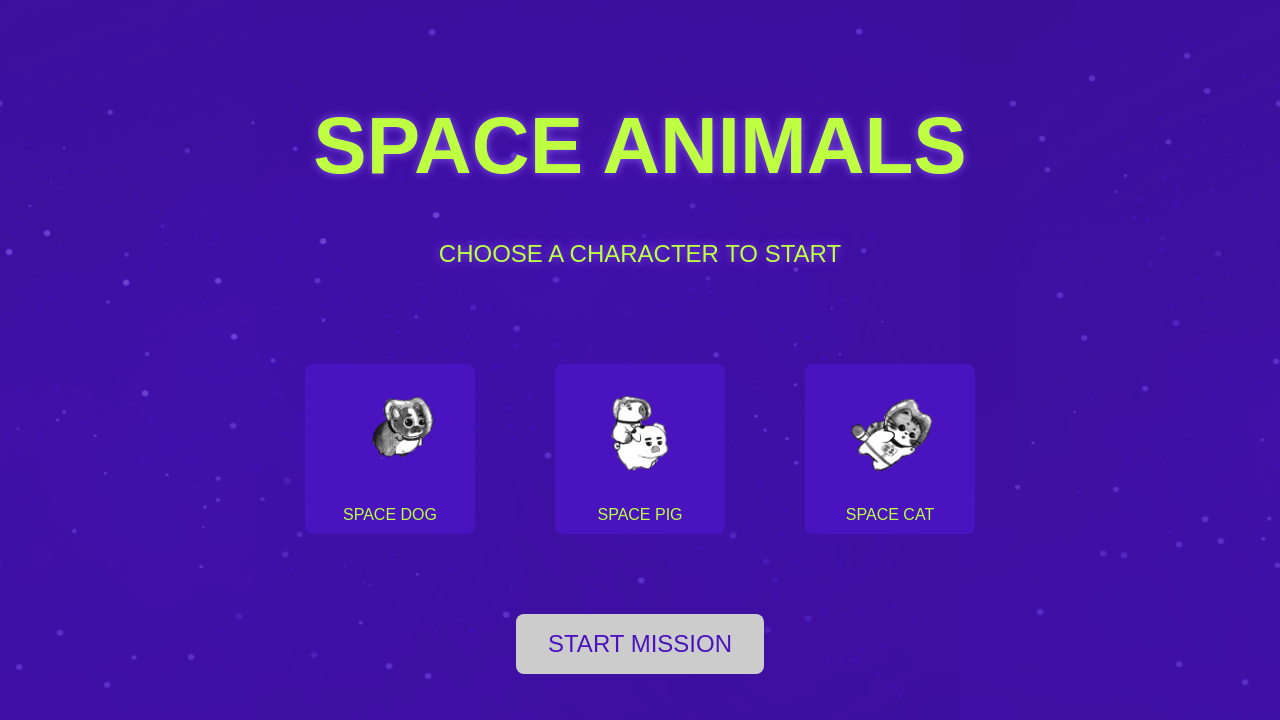
Repository: brunaguarizo/SpaceFarm
Page: index.html
These files come from the project's save history. The page is drawn as it stood at one moment and after the next save; the edit follows.
The browser window is 1280 px wide. The pictures show the whole page.
Some web fonts or font styles are not loaded; a fallback is used.

Above is the page before, as saved 2025-04-24 15:55:16.

### index.html
<!DOCTYPE html>
<html lang="en">
    <head>
        <meta charset="UTF-8" />
        <meta
            name="viewport"
            content="width=device-width, initial-scale=1.0" />
        <title>Space Adventure</title>
        <link
            rel="stylesheet"
            href="styles.css" />

        <link
            rel="preconnect"
            href="https://fonts.googleapis.com" />
        <link
            rel="preconnect"
            href="https://fonts.gstatic.com"
            crossorigin />
        <link
            href="https://fonts.googleapis.com/css2?family=Ranchers&display=swap"
            rel="stylesheet" />
    </head>
    <body>
        <div id="game-container">
            <div class="scrolling-background"></div>
            <!-- Character Selection Screen -->
            <div id="character-select">
                <h1>SPACE ANIMALS</h1>
                <div class="text">CHOOSE A CHARACTER TO START</div>
                <div class="character-options">
                    <div
                        class="character-option"
                        data-character="astronaut">
                        <div class="character-img">
                            <img
                                src="img/dog.png"
                                alt="Space Dog" />
                        </div>
                        <div class="character-label">SPACE DOG</div>
                    </div>
                    <div
                        class="character-option"
                        data-character="alien">
                        <div class="character-img">
                            <img
                                src="img/pig.png"
                                alt="Space Pig" />
                        </div>
                        <div class="character-label">SPACE PIG</div>
                    </div>
                    <div
                        class="character-option"
                        data-character="robot">
                        <div class="character-img">
                            <img
                                src="img/cat.png"
                                alt="Space Cat" />
                        </div>
                        <div class="character-label">SPACE CAT</div>
                    </div>
                </div>
                <button
                    id="confirm-btn"
                    disabled>
                    START MISSION
                </button>
            </div>

            <!-- Game Screen -->
            <div id="game-screen">
                <div id="player"></div>
                <div id="score-container">
                    <div id="score">SCORE: 0</div>
                    <button id="pause-btn">PAUSE</button>
                </div>
            </div>

            <!-- Pause Screen -->
            <div id="pause-screen">
                <h2>GAME PAUSED</h2>
                <button id="resume-btn">RESUME</button>
            </div>

            <!-- Game Over Screen -->
            <div id="game-over">
                <h2>GAME OVER</h2>
                <div id="final-score">SCORE: 0</div>
                <button id="restart-btn">PLAY AGAIN</button>
            </div>
        </div>

        <script src="script.js"></script>
    </body>
</html>

### styles.css
body {
    margin: 0;
    padding: 0;
    overflow: hidden;
    font-family: var(--font-family);
    background-color: var(--mid-green);
}

#game-container {
    position: relative;
    width: 100vw;
    height: 100vh;
    overflow: hidden;
}

.scrolling-background {
    position: absolute;
    top: 0;
    left: 0;
    width: 200vw; /* Double the viewport width */
    height: 100vh;
    background-image: url("img/space-bg.jpg");
    background-size: 100vw 100vh; /* Each image takes up exactly one viewport */
    background-repeat: repeat-x;
    animation: scrollBackground 20s linear infinite;
}

@keyframes scrollBackground {
    from {
        transform: translateX(0);
    }
    to {
        transform: translateX(-100vw); /* Move left by one viewport width */
    }
}

/* Make sure game elements stay on top of the scrolling background */
#character-select,
#game-screen,
#pause-screen,
#game-over {
    position: relative;
    z-index: 1;
}

/* ------------------------- Character Selection Screen ------------------------- */
#character-select {
    position: absolute;
    width: 100%;
    height: 100%;
    display: flex;
    flex-direction: column;
    justify-content: center;
    align-items: center;
    z-index: 10;
    background-color: rgba(
        73,
        19,
        191,
        0.8
    ); /* Using dark-purple with opacity */
}

#character-select h1 {
    color: var(--light-green);
    font-size: var(--header);
    margin-bottom: var(--space-large);
    text-shadow: 0 0 10px var(--mid-purple);
    text-align: center;
}

.text {
    color: var(--light-green);
    font-size: var(--text);
    text-shadow: 0 0 10px var(--mid-purple);
    text-align: center;
    margin-bottom: var(--space-large);
}

.character-options {
    display: flex;
    gap: var(--space-extra-large);
    margin-top: var(--space-large);
    margin-bottom: var(--space-extra-large);
}

.character-option {
    width: 150px;
    height: 150px;
    background-color: var(--dark-purple);
    border-radius: var(--space-small);
    display: flex;
    flex-direction: column;
    align-items: center;
    justify-content: center;
    cursor: pointer;
    transition: transform 0.3s, box-shadow 0.3s;
    padding: var(--space-small);
    border: 2px solid transparent;
    gap: var(--space-small);
}

.character-option:hover {
    transform: scale(1.05);
    box-shadow: 0 0 15px var(--light-purple);
}

.character-option.selected {
    border-color: var(--light-green);
    box-shadow: 0 0 20px var(--light-green);
}

.character-img {
    width: 100%;
    height: 100%;
    display: block;
}

.character-img img {
    width: 100%;
    height: 100%;
    object-fit: contain;
}

.character-label {
    color: var(--light-green);
    font-size: 16px;
    text-align: center;
    text-transform: uppercase;
}

#confirm-btn {
    padding: var(--space-regular) var(--space-medium);
    background-color: var(--light-green);
    color: var(--dark-purple);
    border: none;
    border-radius: var(--space-small);
    font-size: var(--text);
    font-family: var(--font-family);
    cursor: pointer;
    transition: background-color 0.3s;
    text-transform: uppercase;
}

#confirm-btn:hover {
    background-color: var(--mid-green);
}

#confirm-btn:disabled {
    background-color: #cccccc;
    cursor: not-allowed;
}

/* ------------------------- Game Screen -------------------------*/
#game-screen {
    display: none;
    position: absolute;
    width: 100%;
    height: 100%;
    z-index: 5;
}

#player {
    position: absolute;
    width: 250px;
    height: 250px;
    left: var(--space-extra-large);
    top: 50%;
    transform: translateY(-50%);
    line-height: 1;
    z-index: 5;
}

#player img {
    width: 100%;
    height: 100%;
    object-fit: contain;
}

.asteroid {
    position: absolute;
    width: 100px;
    height: 100px;
    border-radius: 50%;
    overflow: hidden;
    box-shadow: 0 0 15px var(--light-purple);
}

.asteroid img {
    width: 100%;
    height: 100%;
    object-fit: cover;
}

#score-container {
    position: absolute;
    top: var(--space-regular);
    right: var(--space-regular);
    display: flex;
    align-items: center;
    gap: var(--space-regular);
    z-index: 5;
}

#score {
    color: var(--light-green);
    font-size: var(--text);
    font-weight: bold;
    background-color: var(--dark-purple);
    padding: var(--space-small) var(--space-regular);
    border-radius: var(--space-small);
    border: 2px solid var(--light-green);
    text-transform: uppercase;
}

#pause-btn {
    background-color: var(--dark-purple);
    color: var(--light-green);
    border: 2px solid var(--light-green);
    border-radius: var(--space-small);
    font-size: var(--text);
    font-family: var(--font-family);
    padding: var(--space-small) var(--space-regular);
    cursor: pointer;
    transition: all 0.3s;
    text-transform: uppercase;
}

#pause-btn:hover {
    background-color: var(--mid-purple);
    box-shadow: 0 0 10px var(--light-purple);
}

/* ------------------------- Game Over Screen ------------------------- */
#game-over {
    display: none;
    position: absolute;
    top: 0;
    left: 0;
    width: 100%;
    height: 100%;
    background-color: rgba(
        73,
        19,
        191,
        0.8
    ); /* Using dark-purple with opacity */
    z-index: 15;
    flex-direction: column;
    justify-content: center;
    align-items: center;
}

#game-over h2 {
    color: var(--light-pink);
    font-size: var(--header);
    margin-bottom: var(--space-regular);
    text-shadow: 0 0 10px var(--mid-pink);
}

#final-score {
    color: var(--light-green);
    font-size: var(--text);
    margin-bottom: var(--space-extra-large);
}

#restart-btn {
    padding: var(--space-regular) var(--space-medium);
    background-color: var(--light-green);
    color: var(--dark-purple);
    border: none;
    border-radius: var(--space-small);
    font-size: var(--text);
    font-family: var(--font-family);
    cursor: pointer;
    transition: background-color 0.3s;
}

#restart-btn:hover {
    background-color: var(--mid-green);
}

/* Utility Classes */
.invisible {
    opacity: 0;
}

/* Pause Screen */
#pause-screen {
    display: none;
    position: absolute;
    top: 0;
    left: 0;
    width: 100%;
    height: 100%;
    background-color: rgba(
        73,
        19,
        191,
        0.8
    ); /* Using dark-purple with opacity */
    z-index: 12;
    flex-direction: column;
    justify-content: center;
    align-items: center;
    color: var(--light-green);
}

#pause-screen h2 {
    font-size: var(--header);
    margin-bottom: var(--space-extra-large);
}

#resume-btn {
    padding: var(--space-regular) var(--space-medium);
    background-color: var(--light-green);
    color: var(--dark-purple);
    border: none;
    border-radius: var(--space-small);
    font-size: var(--text);
    font-family: var(--font-family);
    cursor: pointer;
    transition: background-color 0.3s;
}

#resume-btn:hover {
    background-color: var(--mid-green);
}

/* --------------------------- variables  --------------------------- */
:root {
    --font-family: "Ranchers", sans-serif;
    --header: 80px;
    --text: 24px;

    --light-green: #bfff41;
    --mid-green: #a3de1a;
    --dark-green: #46b800;
    --light-pink: #ffc2ec;
    --mid-pink: #f0429c;
    --dark-pink: #910b64;
    --light-purple: #dcccff;
    --mid-purple: #8655ef;
    --dark-purple: #4913bf;

    --space-extra-small: 4px;
    --space-small: 8px;
    --space-regular: 16px;
    --space-medium: 32px;
    --space-large: 48px;
    --space-extra-large: 80px;
    --space-huge: 160px;
}

### script.js
// Game variables
let selectedCharacter = "";
let score = 0;
let playerElement;
let gameRunning = false;
let isPaused = false;
let playerY;
let asteroids = [];
let gameLoopInterval;
let asteroidInterval;
let gameHeight;
let gameWidth;

// Character image mapping - using the exact filenames from the img folder
const characterImages = {
    astronaut: "img/dog.png",
    alien: "img/pig.png",
    robot: "img/cat.png",
};

// Planet image options - using the exact filenames from the img folder
const planetImages = [
    "img/planet1.png",
    "img/planet2.png",
    "img/planet3.png",
    "img/planet4.png",
    "img/planet5.png",
    "img/planet6.png",
];

// DOM elements
const characterOptions = document.querySelectorAll(".character-option");
const confirmBtn = document.getElementById("confirm-btn");
const characterSelectScreen = document.getElementById("character-select");
const gameScreen = document.getElementById("game-screen");
const pauseBtn = document.getElementById("pause-btn");
const pauseScreen = document.getElementById("pause-screen");
const resumeBtn = document.getElementById("resume-btn");
const gameOverScreen = document.getElementById("game-over");
const finalScoreDisplay = document.getElementById("final-score");
const restartBtn = document.getElementById("restart-btn");
const scoreDisplay = document.getElementById("score");

// Initialize the game
function init() {
    console.log("Game initializing...");

    // Character selection event listeners
    characterOptions.forEach((option) => {
        option.addEventListener("click", () => {
            console.log("Character option clicked:", option.dataset.character);
            // Remove selected class from all options
            characterOptions.forEach((opt) => opt.classList.remove("selected"));
            // Add selected class to clicked option
            option.classList.add("selected");
            // Store selected character
            selectedCharacter = option.dataset.character;
            // Enable confirm button
            confirmBtn.disabled = false;
            console.log("Selected character:", selectedCharacter);
        });
    });

    // Confirm button event listener
    confirmBtn.addEventListener("click", () => {
        console.log("Start button clicked, starting game...");
        startGame();
    });

    // Pause button event listener
    pauseBtn.addEventListener("click", togglePause);

    // Resume button event listener
    resumeBtn.addEventListener("click", togglePause);

    // Restart button event listener
    restartBtn.addEventListener("click", restartGame);

    // Keyboard event listeners
    document.addEventListener("keydown", handleKeyPress);

    console.log("Game initialized successfully");
}

// Start the game
function startGame() {
    console.log("Starting game with character:", selectedCharacter);

    if (!selectedCharacter) {
        console.error("No character selected!");
        return;
    }

    // Hide character selection screen
    characterSelectScreen.style.display = "none";
    // Show game screen
    gameScreen.style.display = "block";

    // Set up player
    playerElement = document.getElementById("player");
    if (!playerElement) {
        console.error("Player element not found!");
        return;
    }

    const playerImagePath = characterImages[selectedCharacter];
    console.log("Loading player image:", playerImagePath);

    // Create image element with error handling
    const playerImg = document.createElement("img");
    playerImg.src = playerImagePath;
    playerImg.alt = "Player";
    playerImg.onerror = function () {
        console.error("Error loading player image:", playerImagePath);
        // Fallback to text if image fails to load
        playerElement.innerHTML = "Player";
    };
    playerElement.innerHTML = "";
    playerElement.appendChild(playerImg);

    // Initialize variables
    gameHeight = window.innerHeight;
    gameWidth = window.innerWidth;
    score = 0;
    updateScore();
    playerY = gameHeight / 2;
    gameRunning = true;
    isPaused = false;
    asteroids = [];

    // Position player
    updatePlayerPosition();

    // Start game loop
    gameLoopInterval = setInterval(gameLoop, 16); // ~60fps

    // Start spawning planets
    spawnPlanet(); // Spawn first planet immediately
    asteroidInterval = setInterval(spawnPlanet, 1500); // Then every 1.5 seconds

    console.log("Game started successfully");
}

// Game loop
function gameLoop() {
    if (!gameRunning || isPaused) return;

    // Move planets
    movePlanets();

    // Check collisions
    checkCollisions();
}

// Handle keyboard input
function handleKeyPress(e) {
    if (!gameRunning || isPaused) return;

    const moveDistance = 60; // Increased for even faster movement

    if (e.key === "ArrowUp" || e.key === "w") {
        // Move up
        playerY = Math.max(125, playerY - moveDistance);
        updatePlayerPosition();
    } else if (e.key === "ArrowDown" || e.key === "s") {
        // Move down
        playerY = Math.min(gameHeight - 125, playerY + moveDistance);
        updatePlayerPosition();
    }
}

// Update player position on screen
function updatePlayerPosition() {
    playerElement.style.top = `${playerY}px`;
}

// Spawn a new planet
function spawnPlanet() {
    if (!gameRunning || isPaused) return;

    // Create planet element
    const planet = document.createElement("div");
    planet.classList.add("asteroid"); // Keep the same class for styling

    // Set random planet type
    const planetType =
        planetImages[Math.floor(Math.random() * planetImages.length)];
    console.log("Loading planet image:", planetType);

    // Create image element with error handling
    const planetImg = document.createElement("img");
    planetImg.src = planetType;
    planetImg.alt = "Planet";
    planetImg.onerror = function () {
        console.error("Error loading planet image:", planetType);
        // Fallback to text if image fails to load
        planet.innerHTML = "Planet";
    };
    planet.appendChild(planetImg);

    // Set random position (y-axis)
    const planetY = Math.random() * (gameHeight - 100) + 50;

    // Set planet properties
    planet.style.left = `${gameWidth}px`;
    planet.style.top = `${planetY}px`;

    // Add to game screen
    gameScreen.appendChild(planet);

    // Add to asteroids array (keep the same array for simplicity)
    asteroids.push({
        element: planet,
        x: gameWidth,
        y: planetY,
        speed: Math.random() * 2 + 3, // Random speed between 3-5
        passed: false,
    });
}

// Move all planets
function movePlanets() {
    for (let i = asteroids.length - 1; i >= 0; i--) {
        const planet = asteroids[i];

        // Move planet
        planet.x -= planet.speed;
        planet.element.style.left = `${planet.x}px`;

        // Check if planet passed the player
        if (!planet.passed && planet.x < 100) {
            planet.passed = true;
            score += 10;
            updateScore();
        }

        // Remove planet if it's off-screen
        if (planet.x < -50) {
            gameScreen.removeChild(planet.element);
            asteroids.splice(i, 1);
        }
    }
}

// Check for collisions
function checkCollisions() {
    const playerRect = {
        x: 100,
        y: playerY - 125,
        width: 250,
        height: 250,
    };

    for (const planet of asteroids) {
        const planetRect = {
            x: planet.x,
            y: planet.y - 50,
            width: 100,
            height: 100,
        };

        // Check if player and planet rectangles intersect
        if (
            playerRect.x < planetRect.x + planetRect.width &&
            playerRect.x + playerRect.width > planetRect.x &&
            playerRect.y < planetRect.y + planetRect.height &&
            playerRect.y + playerRect.height > planetRect.y
        ) {
            // Collision detected
            gameOver();
            return;
        }
    }
}

// Update score display
function updateScore() {
    scoreDisplay.textContent = `Score: ${score}`;
}

// Toggle pause state
function togglePause() {
    isPaused = !isPaused;

    if (isPaused) {
        pauseScreen.style.display = "flex";
    } else {
        pauseScreen.style.display = "none";
    }
}

// Game over
function gameOver() {
    gameRunning = false;

    // Clear intervals
    clearInterval(gameLoopInterval);
    clearInterval(asteroidInterval);

    // Remove all planets
    asteroids.forEach((planet) => {
        gameScreen.removeChild(planet.element);
    });
    asteroids = [];

    // Update final score
    finalScoreDisplay.textContent = `Final Score: ${score}`;

    // Show game over screen
    gameOverScreen.style.display = "flex";
}

// Restart game
function restartGame() {
    // Clear planets
    asteroids.forEach((planet) => {
        if (planet.element.parentNode) {
            planet.element.parentNode.removeChild(planet.element);
        }
    });

    // Hide game over screen
    gameOverScreen.style.display = "none";

    // Go back to character selection
    gameScreen.style.display = "none";
    characterSelectScreen.style.display = "flex";

    // Reset character selection
    characterOptions.forEach((opt) => opt.classList.remove("selected"));
    confirmBtn.disabled = true;
    selectedCharacter = "";
}

// Initialize the game when the page loads
window.addEventListener("load", init);

After the next save:
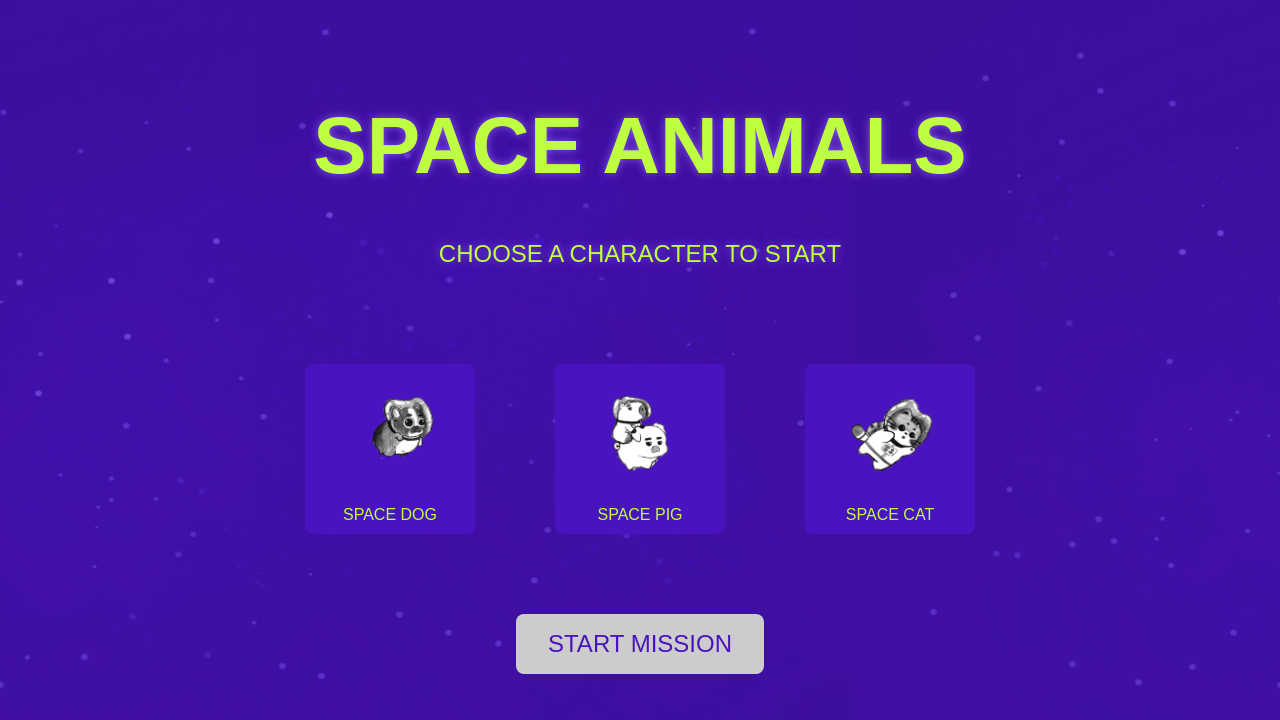
Saved 77 s later.
--- a/styles.css
+++ b/styles.css
@@ -11,26 +11,28 @@ body {
     width: 100vw;
     height: 100vh;
     overflow: hidden;
+    background-color: var(--dark-purple); /* Matching background color */
 }
 
 .scrolling-background {
     position: absolute;
     top: 0;
     left: 0;
-    width: 200vw; /* Double the viewport width */
+    width: 300vw; /* Triple the viewport width for smoother transition */
     height: 100vh;
     background-image: url("img/space-bg.jpg");
-    background-size: 100vw 100vh; /* Each image takes up exactly one viewport */
+    background-size: 100vw 100vh;
     background-repeat: repeat-x;
-    animation: scrollBackground 20s linear infinite;
+    animation: scrollBackground 30s linear infinite;
+    will-change: transform; /* Optimize animation performance */
 }
 
 @keyframes scrollBackground {
-    from {
+    0% {
         transform: translateX(0);
     }
-    to {
-        transform: translateX(-100vw); /* Move left by one viewport width */
+    100% {
+        transform: translateX(-200vw); /* Move by two viewport widths */
     }
 }
 
